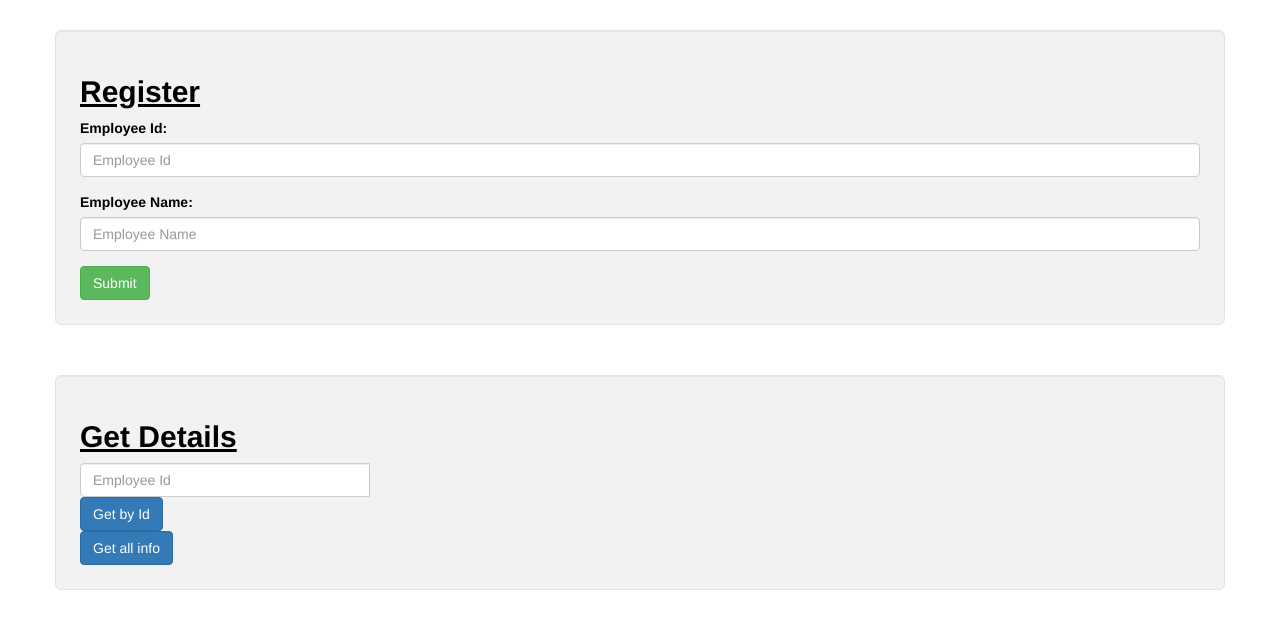
Repository: royakash07/FirstWebApplication
Page: http://localhost/SampleWebApplication/EmployeeProtal.jsp
These files come from the project's save history. The page is drawn as it stood at one moment and after the next save; the edit follows.
The browser window is 1280 px wide. The pictures show the whole page.
Some web libraries are served in a nearby version. The page is served by Tomcat 9. Nobody is signed in. The application's start-up code is not run. Other server files are loaded and not shown.

Above is the page before, as saved 2017-11-30 05:19:12.

### SampleWebApplication/WebContent/EmployeeProtal.jsp
<%@ page language="java" contentType="text/html; charset=ISO-8859-1"
    pageEncoding="ISO-8859-1"%>
<!DOCTYPE html PUBLIC "-//W3C//DTD HTML 4.01 Transitional//EN" "http://www.w3.org/TR/html4/loose.dtd">
<html>
<head>
<meta http-equiv="Content-Type" content="text/html; charset=ISO-8859-1">
<title>Portal</title>
  <meta charset="utf-8">
  <meta name="viewport" content="width=device-width, initial-scale=1">
  <link rel="stylesheet" href="https://maxcdn.bootstrapcdn.com/bootstrap/3.3.7/css/bootstrap.min.css">
  <script src="https://ajax.googleapis.com/ajax/libs/jquery/3.2.1/jquery.min.js"></script>
  <script src="https://maxcdn.bootstrapcdn.com/bootstrap/3.3.7/js/bootstrap.min.js"></script>
<style>
.well
{
color:black;
background-color:#F2F2F2;
}

</style>
</head>
<body>
<div style="padding: 30px">
<div class="container well well-lg" >
<h2><strong><u>Register</u></strong></h2>
<form action="Submit" method="post">
<div class="form-group">
  <label for="EmployeeId">Employee Id:</label>
  <input type="text" class="form-control" name="EmployeeId" placeholder="Employee Id" >
  </div>
  <div class="form-group">
  <label for="Name">Employee Name:</label>
  <input type="text" class="form-control" name="Name" placeholder="Employee Name">
  </div>
  <input type="submit"class="btn btn-success" value="Submit">
</form>
</div>
</div>
<div class="container well well-lg">
<h2><strong><u>Get Details</u></strong></h2>
<div class="input-group form-inline">
    <input type="text" placeholder="Employee Id" class="form-control">
	<span class="input-group-btm">
	<button type="button" class="btn btn-primary" value="getDetailsById">Get by Id</button>
	</span>
</div>
	<button type="button" class="btn btn-primary" value="getAllDetails">Get all info</button>
</div>
</body>
</html>

After the next save:
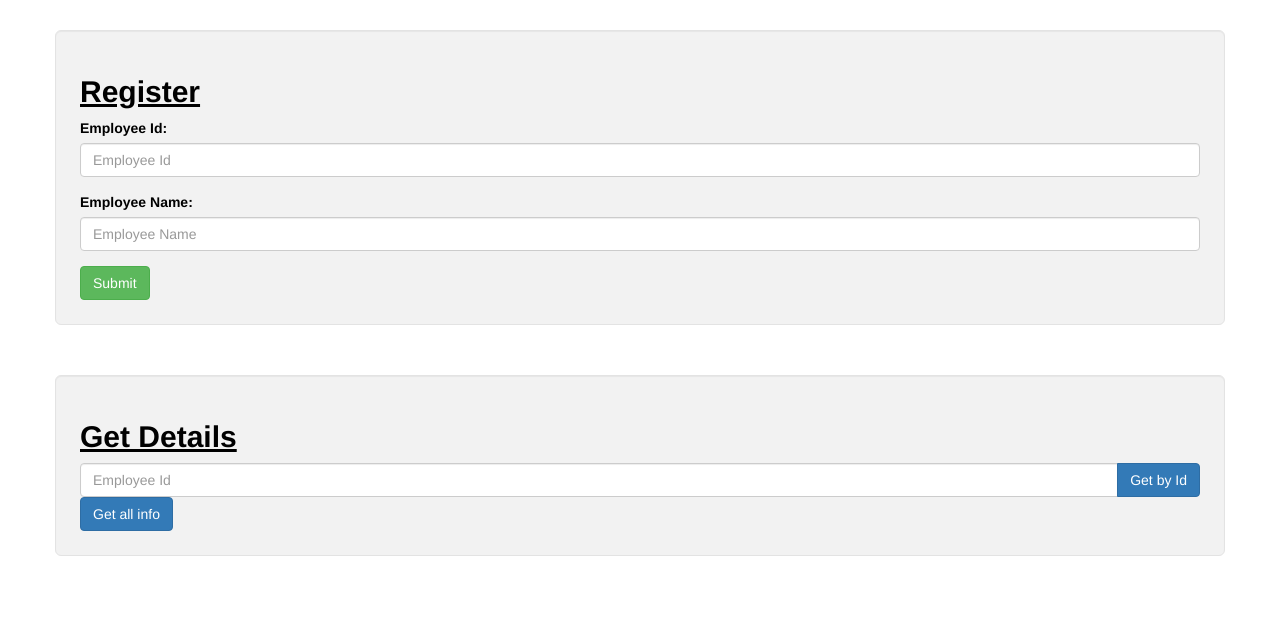
Saved 5 s later.
--- a/SampleWebApplication/WebContent/EmployeeProtal.jsp
+++ b/SampleWebApplication/WebContent/EmployeeProtal.jsp
@@ -40,7 +40,7 @@ background-color:#F2F2F2;
 <h2><strong><u>Get Details</u></strong></h2>
 <div class="input-group form-inline">
     <input type="text" placeholder="Employee Id" class="form-control">
-	<span class="input-group-btm">
+	<span class="input-group-btn">
 	<button type="button" class="btn btn-primary" value="getDetailsById">Get by Id</button>
 	</span>
 </div>
